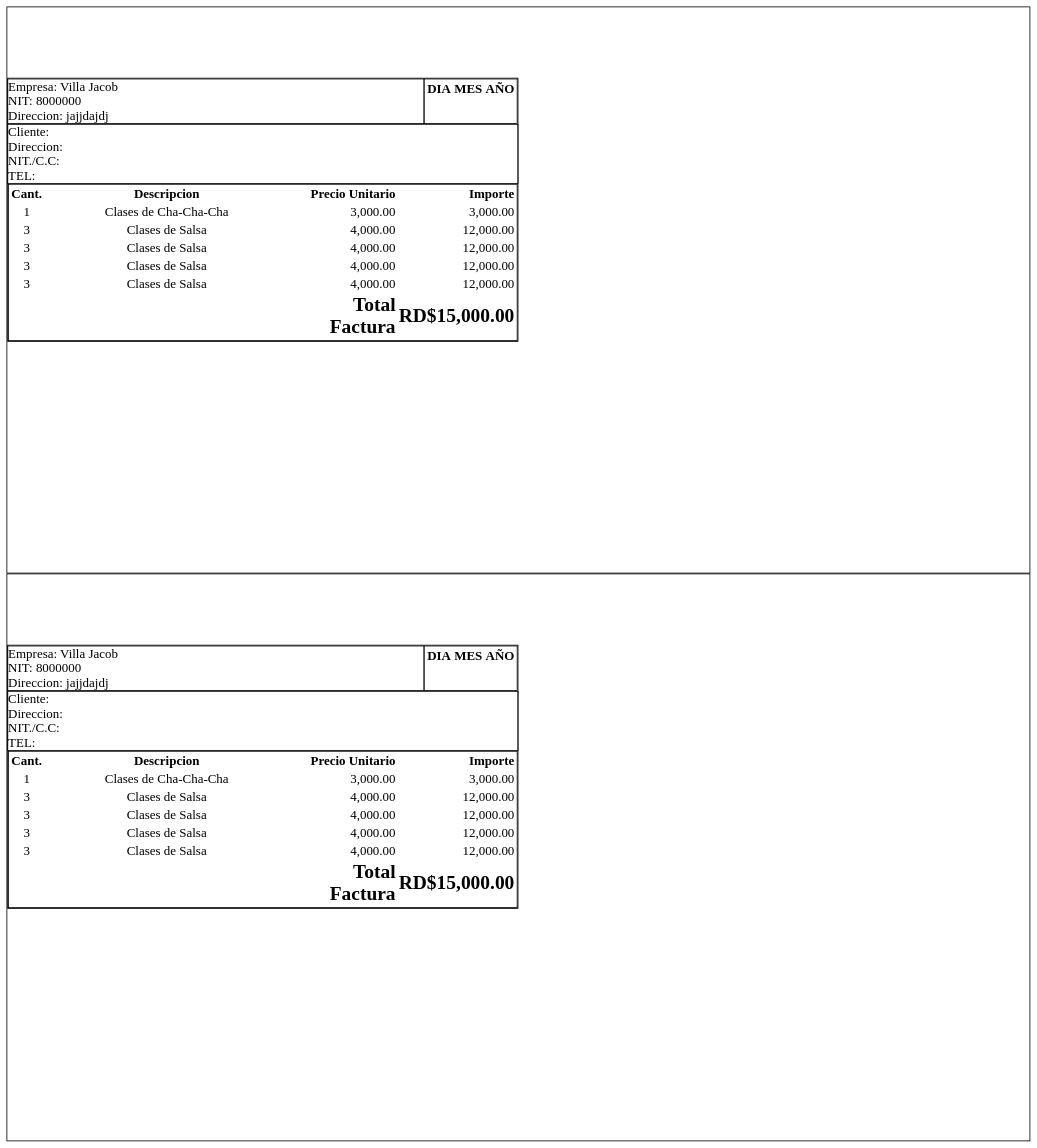
Repository: MrVanQish/FacturaEstructura
Page: index.html
These files come from the project's save history. The page is drawn as it stood at one moment and after the next save; the edit follows.
The browser window is 1280 px wide. The pictures show the whole page, at 81% of full size.

Above is the page before, as saved 2021-09-29 11:12:05.

After the next save:
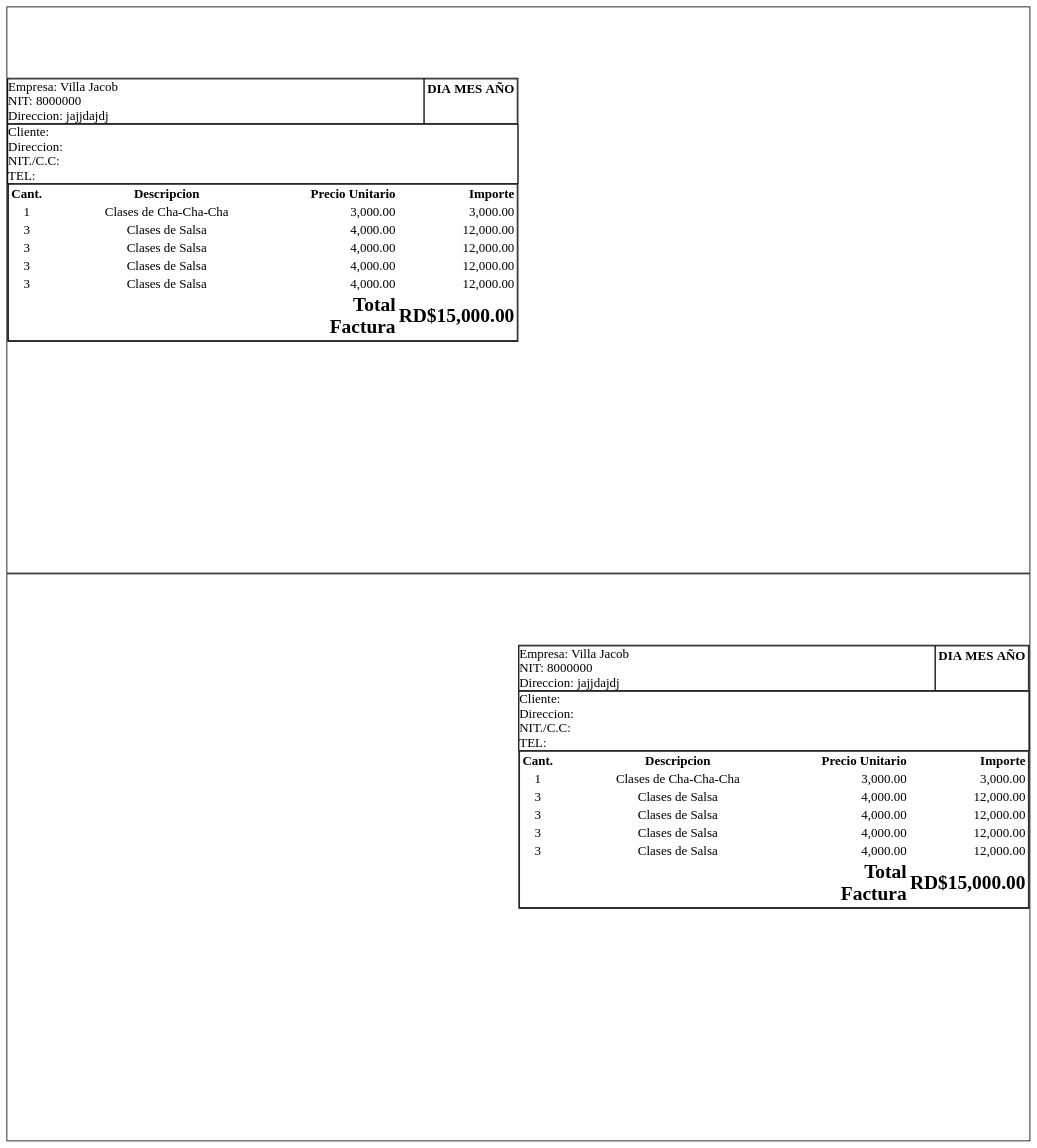
Saved 7 s later.
--- a/styles.css
+++ b/styles.css
@@ -57,7 +57,7 @@
   .factura2 {
 
     display: grid;
-    grid-area: f1;
+    grid-area: f2;
     align-self: center;
     justify-self: center;
     border: 1px solid #000;
